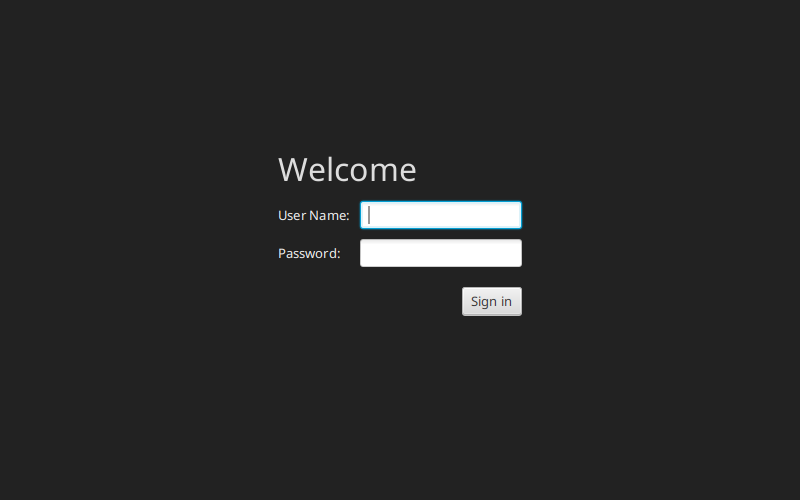
Repository: tariqmbawa/simple-strategic-game
Program's window: java Single Player Monster/src/LoginScreen.java
An editor plug-in stored every save of this project. The program's window is shown before and after the next save, followed by the edit.
It runs on Java 21 on a 1366 x 768 screen with JavaFX 11; the title bar is not drawn.

Above is the program's window before, as saved 2017-04-01 06:46:18.

After the next save:
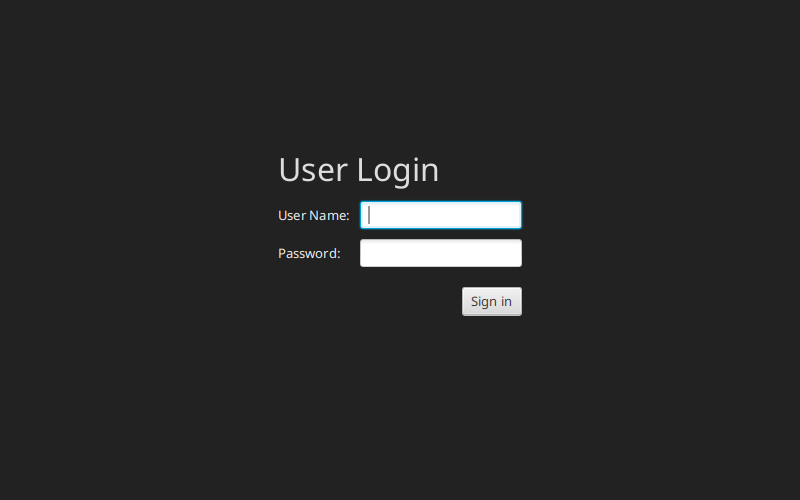
Saved 20 s later.
--- a/Single Player Monster/src/LoginScreen.java
+++ b/Single Player Monster/src/LoginScreen.java
@@ -34,7 +34,7 @@
         grid.setVgap(10);
         grid.setPadding(new Insets(25, 25, 25, 25));
 
-        Text scenetitle = new Text("Welcome");
+        Text scenetitle = new Text("User Login");
         scenetitle.setId("welcome-text");
         grid.add(scenetitle, 0, 0, 2, 1);
 
